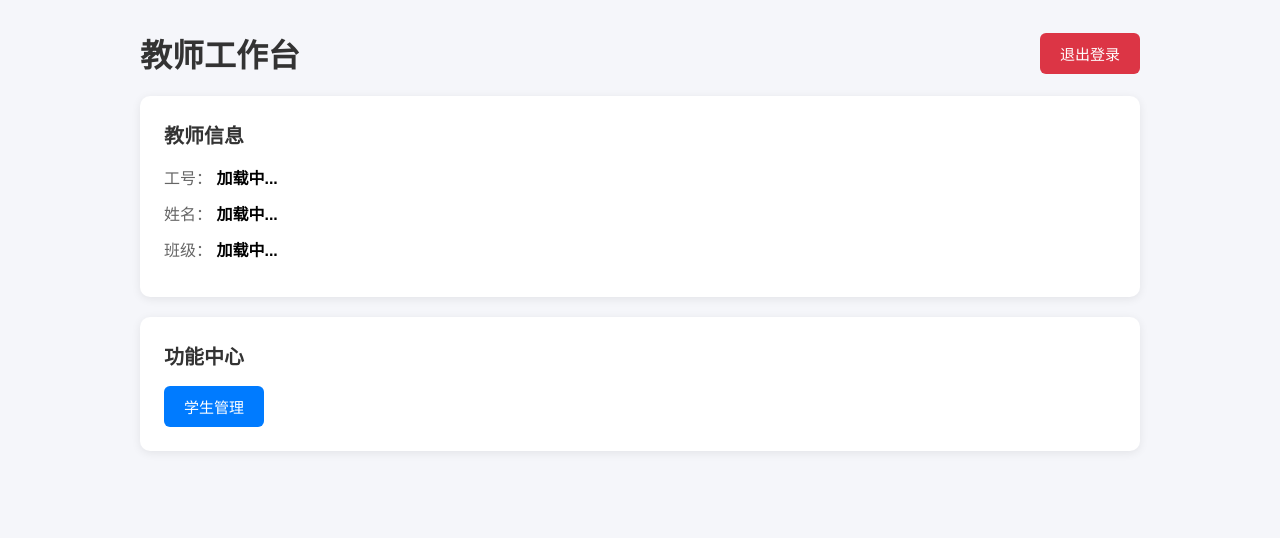
Repository: Nikawali/StudentManage
Page: src/main/webapp/teacherHome.html
The author's editor kept a copy of each file at every save. The page is drawn from the files as they stood at one save, then again after the next save.
The browser window is 1280 px wide. The pictures show the whole page.
The page's requests for data from a server got no answer.

Above is the page before, as saved 2026-06-07 20:25:50.

After the next save:
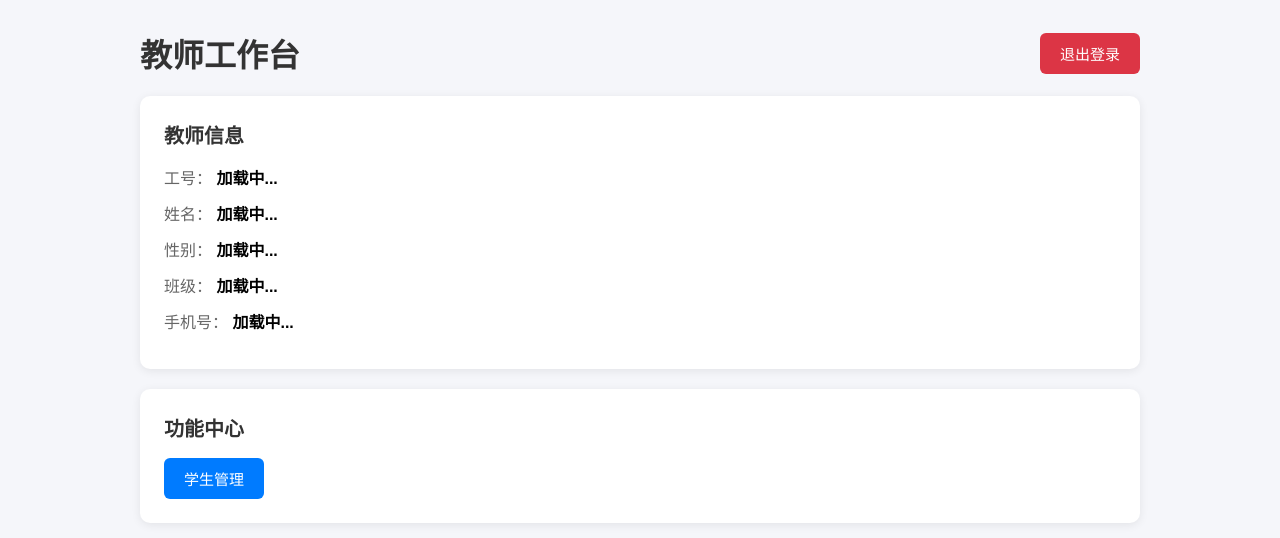
Saved 2 h 51 min later.
--- a/src/main/webapp/teacherHome.html
+++ b/src/main/webapp/teacherHome.html
@@ -55,12 +55,27 @@
         </span>
     </p>
 
+       <p>
+        性别：
+        <span id="gender">
+            加载中...
+        </span>
+    </p>
+
     <p>
         班级：
         <span id="teacherClassId">
             加载中...
         </span>
     </p>
+
+        <p>
+        手机号：
+        <span id="phone">
+            加载中...
+        </span>
+    </p>
+
 
 </div>
 
@@ -170,6 +185,14 @@ authFetch(
         "teacherClassId"
     ).innerText =
         teacher.classId;
+    document.getElementById(
+       "phone"
+    ).innerText =
+        teacher.phone;
+    document.getElementById(
+       "gender"
+    ).innerText =
+        teacher.gender;
 })
 
 .catch(error => {
